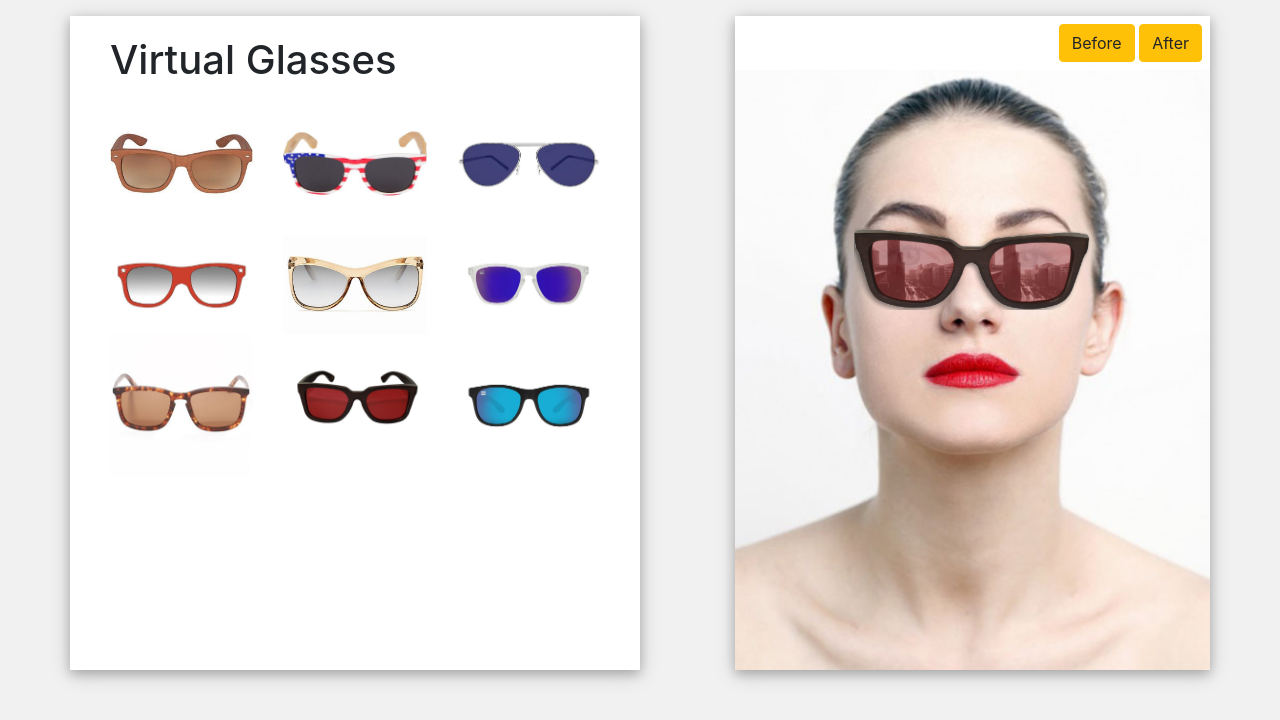
Repository: Khoi300399/BC35E_ES6_B2_MaThanhKhoi
Page: index.html
These files come from the project's save history. The page is drawn as it stood at one moment and after the next save; the edit follows.
The browser window is 1280 px wide. The pictures show the whole page.
After loading, the first visible `button.btn` was clicked once.

Above is the page before, as saved 2022-10-21 21:51:03.

### index.html
<!DOCTYPE html>
<html lang="en">
  <head>
    <title>Virtual Glasses</title>
    <!-- Required meta tags -->
    <meta charset="utf-8" />
    <meta
      name="viewport"
      content="width=device-width, initial-scale=1, shrink-to-fit=no"
    />

    <!-- Bootstrap CSS -->
    <link
      rel="stylesheet"
      href="https://stackpath.bootstrapcdn.com/bootstrap/4.3.1/css/bootstrap.min.css"
      integrity="sha384-ggOyR0iXCbMQv3Xipma34MD+dH/1fQ784/j6cY/iJTQUOhcWr7x9JvoRxT2MZw1T"
      crossorigin="anonymous"
    />

    <!-- Main CSS -->
    <link rel="stylesheet" href="./css/index.css" />
  </head>

  <body>
    <div class="container vglasses py-3">
      <div class="row justify-content-between">
        <div class="col-6 vglasses__left">
          <div class="row">
            <div class="col-12">
              <h1 class="mb-2">Virtual Glasses</h1>
            </div>
          </div>
          <div class="row" id="vglassesList"></div>
        </div>
        <div class="col-5 vglasses__right p-0">
          <div class="vglasses__card">
            <div class="mb-2 text-right mt-2 mr-2">
              <button class="btn btn-warning" onclick="removeGlasses(false)">
                Before
              </button>
              <button class="btn btn-warning" onclick="removeGlasses(true)">
                After
              </button>
            </div>
            <div class="vglasses__model" id="avatar">
              <img src="./img/v8.png" alt="" />
            </div>
            <div id="glassesInfo" class="vglasses__info"></div>
          </div>
        </div>
      </div>
    </div>

    <!-- Optional JavaScript -->
    <!-- jQuery first, then Popper.js, then Bootstrap JS -->
    <script
      src="https://code.jquery.com/jquery-3.4.1.js"
      integrity="sha256-WpOohJOqMqqyKL9FccASB9O0KwACQJpFTUBLTYOVvVU="
      crossorigin="anonymous"
    ></script>
    <!-- <script src="https://code.jquery.com/jquery-3.3.1.slim.min.js" integrity="sha384-q8i/X+965DzO0rT7abK41JStQIAqVgRVzpbzo5smXKp4YfRvH+8abtTE1Pi6jizo" crossorigin="anonymous"></script> -->
    <script
      src="https://cdnjs.cloudflare.com/ajax/libs/popper.js/1.14.7/umd/popper.min.js"
      integrity="sha384-UO2eT0CpHqdSJQ6hJty5KVphtPhzWj9WO1clHTMGa3JDZwrnQq4sF86dIHNDz0W1"
      crossorigin="anonymous"
    ></script>
    <script
      src="https://stackpath.bootstrapcdn.com/bootstrap/4.3.1/js/bootstrap.min.js"
      integrity="sha384-JjSmVgyd0p3pXB1rRibZUAYoIIy6OrQ6VrjIEaFf/nJGzIxFDsf4x0xIM+B07jRM"
      crossorigin="anonymous"
    ></script>

    <!-- MAIN JS -->
    <script src="./js/main.js"></script>
  </body>
</html>

### css/index.css
/* GLOBAL */
* {
  box-sizing: border-box;
}
body {
  background: #f1f1f1;
}

/* MAIN CSS */
.vglasses__left {
  background-color: white;
  padding: 20px 40px;
  box-shadow: 0 4px 10px 0 rgba(0, 0, 0, 0.2), 0 4px 20px 0 rgba(0, 0, 0, 0.19);
}
.vglasses__left .col-4 {
  align-self: center;
}
.vglasses__items {
  width: 50px;
  height: 50px;
}

.vglasses__left img {
  cursor: pointer;
  width: 100%;
  height: 100%;
}

.vglasses__right {
  box-shadow: 0 4px 10px 0 rgba(0, 0, 0, 0.2), 0 4px 20px 0 rgba(0, 0, 0, 0.19);
}

.vglasses__model {
  background-image: url("../img/model.jpg");
  background-position: center top;
  background-size: cover;
  height: 600px;
}

.vglasses__model img {
  position: absolute;
  top: 32%;
  left: 25%;
  width: 238px;
  height: 85px;
  opacity: 0.9;
}

.vglasses__card {
  position: relative;
  overflow: hidden;
  background-color: white;
}

.vglasses__info {
  position: absolute;
  bottom: 0;
  left: 0;
  background-color: rgba(0, 0, 0, 0.7);
  width: 100%;
  color: white;
  padding: 20px;
  display: none;
}

#glasses {
  transition: all 0.5s;
}

### js/main.js
let dataGlasses = [
  {
    id: "G1",
    src: "./img/g1.jpg",
    virtualImg: "./img/v1.png",
    brand: "Armani Exchange",
    name: "Bamboo wood",
    color: "Brown",
    price: 150,
    description:
      "Lorem ipsum dolor sit amet consectetur adipisicing elit. Nobis ea voluptates officiis? ",
  },
  {
    id: "G2",
    src: "./img/g2.jpg",
    virtualImg: "./img/v2.png",
    brand: "Arnette",
    name: "American flag",
    color: "American flag",
    price: 150,
    description:
      "Lorem ipsum dolor, sit amet consectetur adipisicing elit. In assumenda earum eaque doloremque, tempore distinctio.",
  },
  {
    id: "G3",
    src: "./img/g3.jpg",
    virtualImg: "./img/v3.png",
    brand: "Burberry",
    name: "Belt of Hippolyte",
    color: "Blue",
    price: 100,
    description: "Lorem ipsum dolor, sit amet consectetur adipisicing elit.",
  },
  {
    id: "G4",
    src: "./img/g4.jpg",
    virtualImg: "./img/v4.png",
    brand: "Coarch",
    name: "Cretan Bull",
    color: "Red",
    price: 100,
    description: "In assumenda earum eaque doloremque, tempore distinctio.",
  },
  {
    id: "G5",
    src: "./img/g5.jpg",
    virtualImg: "./img/v5.png",
    brand: "D&G",
    name: "JOYRIDE",
    color: "Gold",
    price: 180,
    description:
      "Lorem ipsum dolor, sit amet consectetur adipisicing elit. Error odio minima sit labore optio officia?",
  },
  {
    id: "G6",
    src: "./img/g6.jpg",
    virtualImg: "./img/v6.png",
    brand: "Polo",
    name: "NATTY ICE",
    color: "Blue, White",
    price: 120,
    description: "Lorem ipsum dolor, sit amet consectetur adipisicing elit.",
  },
  {
    id: "G7",
    src: "./img/g7.jpg",
    virtualImg: "./img/v7.png",
    brand: "Ralph",
    name: "TORTOISE",
    color: "Black, Yellow",
    price: 120,
    description:
      "Lorem ipsum dolor sit amet consectetur adipisicing elit. Enim sint nobis incidunt non voluptate quibusdam.",
  },
  {
    id: "G8",
    src: "./img/g8.jpg",
    virtualImg: "./img/v8.png",
    brand: "Polo",
    name: "NATTY ICE",
    color: "Red, Black",
    price: 120,
    description:
      "Lorem ipsum dolor sit amet consectetur adipisicing elit. Reprehenderit, unde enim.",
  },
  {
    id: "G9",
    src: "./img/g9.jpg",
    virtualImg: "./img/v9.png",
    brand: "Coarch",
    name: "MIDNIGHT VIXEN REMIX",
    color: "Blue, Black",
    price: 120,
    description:
      "Lorem ipsum dolor sit amet consectetur adipisicing elit. Sit consequatur soluta ad aut laborum amet.",
  },
];

let renderGlassesUI = () => {
  let contentHTMl = ``;
  for (let value of dataGlasses) {
    contentHTMl += `
    <div class="col-4 .vglasses__items">
        <img src="${value.src}" onclick="btnShowGlasses('${value.virtualImg}')"  alt="" />
    </div>
    `;
  }
  document.querySelector("#vglassesList").innerHTML = contentHTMl;
};
renderGlassesUI();

let btnShowGlasses = (value) => {
  console.log(value);
  let contentHTML = `
    <img src="${value}" alt="" />
    `;
  document.querySelector("#avatar").innerHTML = contentHTML;
  document.querySelector("#avatar img").style.display = "block";
};

let removeGlasses = () => {
  console.log("asdasd");
  //   if (isBoolean) {
  //     document.querySelector("#avatar").style.display = "block";
  //   }
  //   document.querySelector("#avatar").style.display = "none";
};

After the next save:
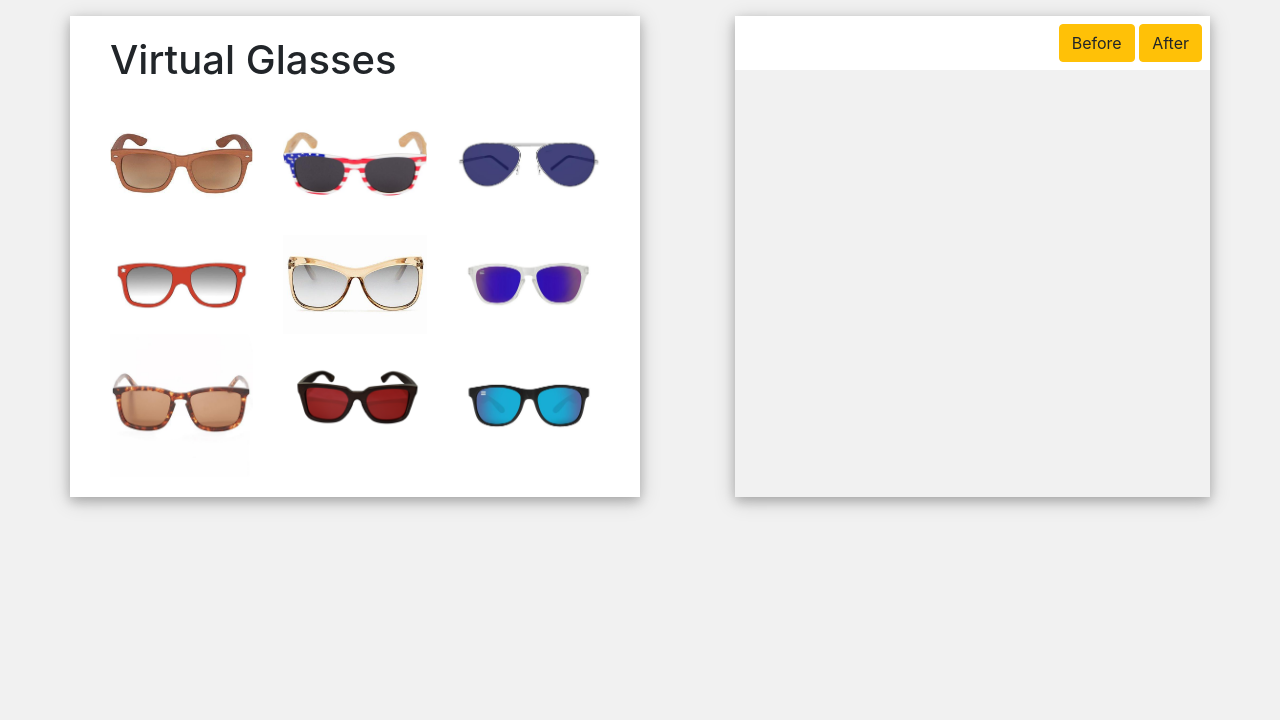
Saved 12 s later.
--- a/js/main.js
+++ b/js/main.js
@@ -119,10 +119,9 @@
   document.querySelector("#avatar img").style.display = "block";
 };
 
-let removeGlasses = () => {
-  console.log("asdasd");
-  //   if (isBoolean) {
-  //     document.querySelector("#avatar").style.display = "block";
-  //   }
-  //   document.querySelector("#avatar").style.display = "none";
+let removeGlasses = (isBoolean) => {
+  if (isBoolean) {
+    document.querySelector("#avatar").style.display = "block";
+  }
+  document.querySelector("#avatar").style.display = "none";
 };
